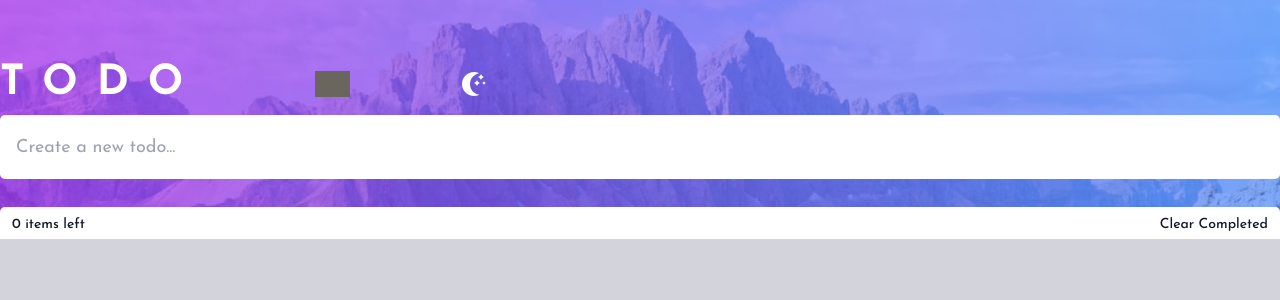
Repository: ikram-lisa/todo-list
Page: /
These files come from the project's save history. The page is drawn as it stood at one moment and after the next save; the edit follows.
The browser window is 1280 px wide. The pictures show the whole page.
Pictures or frames that could not be fetched are drawn as grey boxes. The project was rebuilt for these pictures with package versions that can differ from the ones it lists, and the page was loaded fresh each time. Also part of the build but not shown: vite.config.js.

Above is the page before, as saved 2024-05-14 23:00:00.

After the next save:
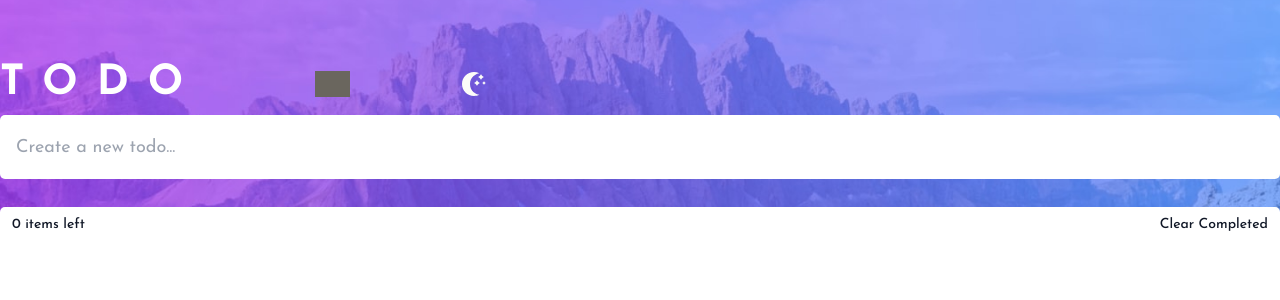
Saved 38 s later.
--- a/tailwind.config.js
+++ b/tailwind.config.js
@@ -6,7 +6,7 @@ export default {
   theme: {
     extend: {
       colors: {
-        LightGrayishBlue: "hsl(233, 11%, 84%)",
+        VeryLightGrayishBlue: "hsl(233, 11%, 84%)",
         VeryDarkBlue: "hsl(235, 21%, 11%)",
       },
     },

After the save that followed:
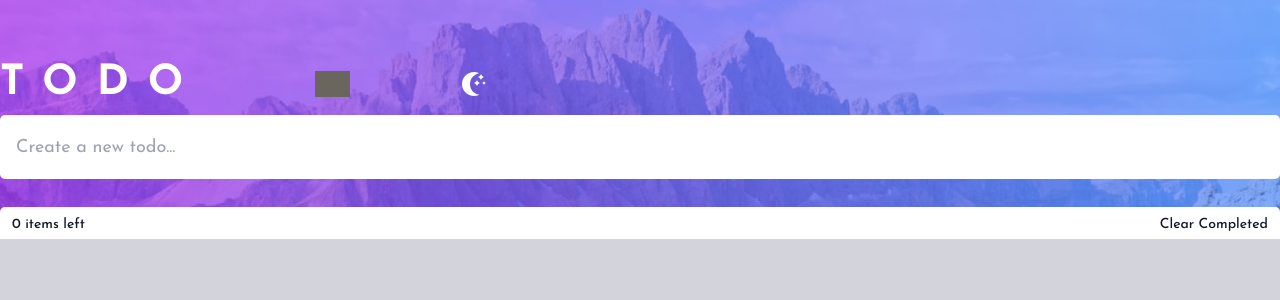
Saved 5 s later.
--- a/src/pages/Todolist.jsx
+++ b/src/pages/Todolist.jsx
@@ -11,7 +11,7 @@ const Todolist = () => {
     <>
       <section
         className={`container-todo ${
-          theme === "light" ? "bg-LightGrayishBlue" : "bg-VeryDarkBlue"
+          theme === "light" ? "bg-VeryLightGrayishBlue" : "bg-VeryDarkBlue"
         }`}
       >
         <div
